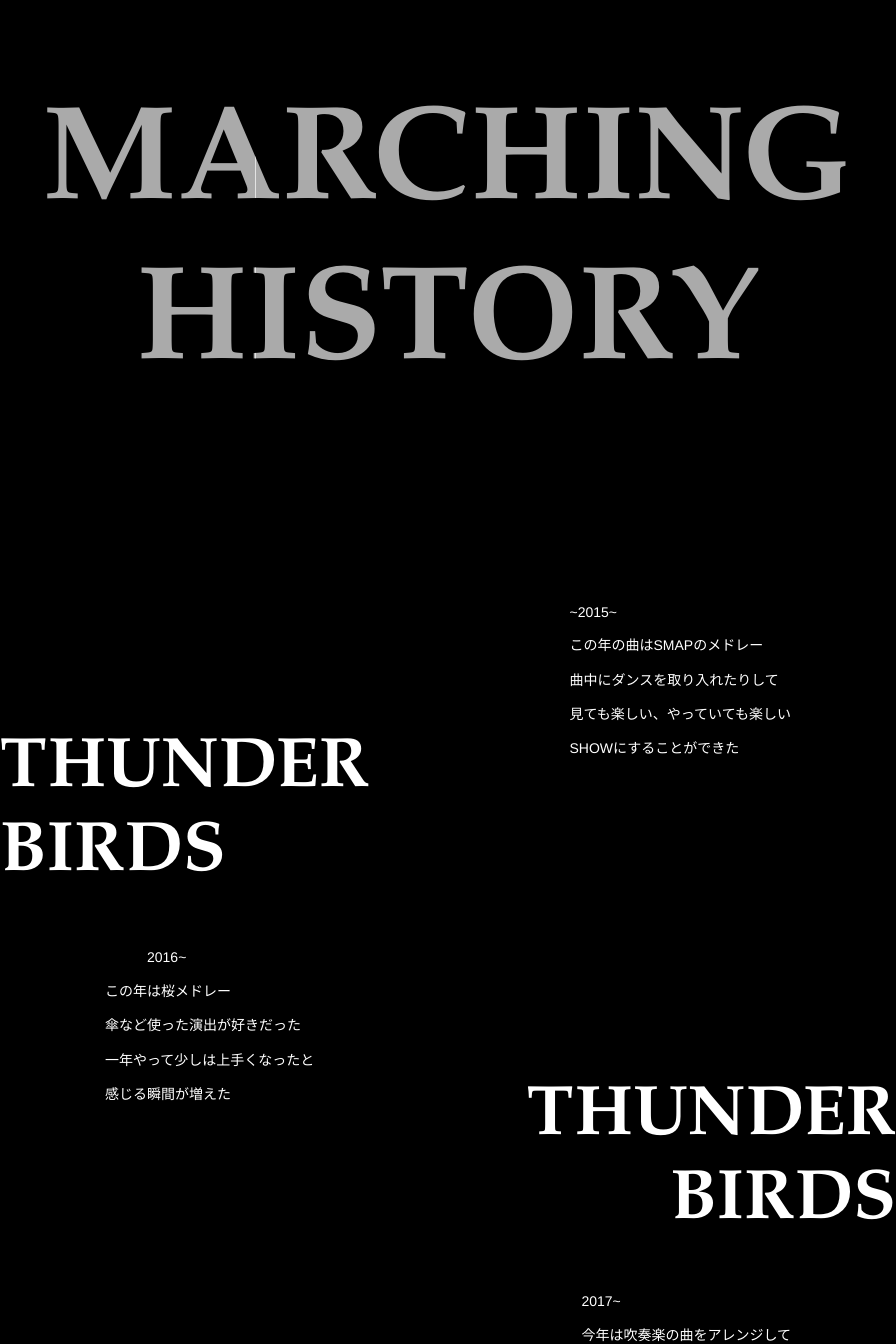
Repository: yutosoma/profile
Page: yuto/marching.html
The author's editor kept a record of every edit. The page is drawn from the files as they stood at one moment, then again after the next edit.
The browser window is 1280 px wide. The pictures show the part of the page from y = 0 to 1920 px (the page is 3859 px tall), at 70% of full size.

Above is the page before.
Console error: TypeError: Cannot read properties of null (reading 'addEventListener')

After the next edit:
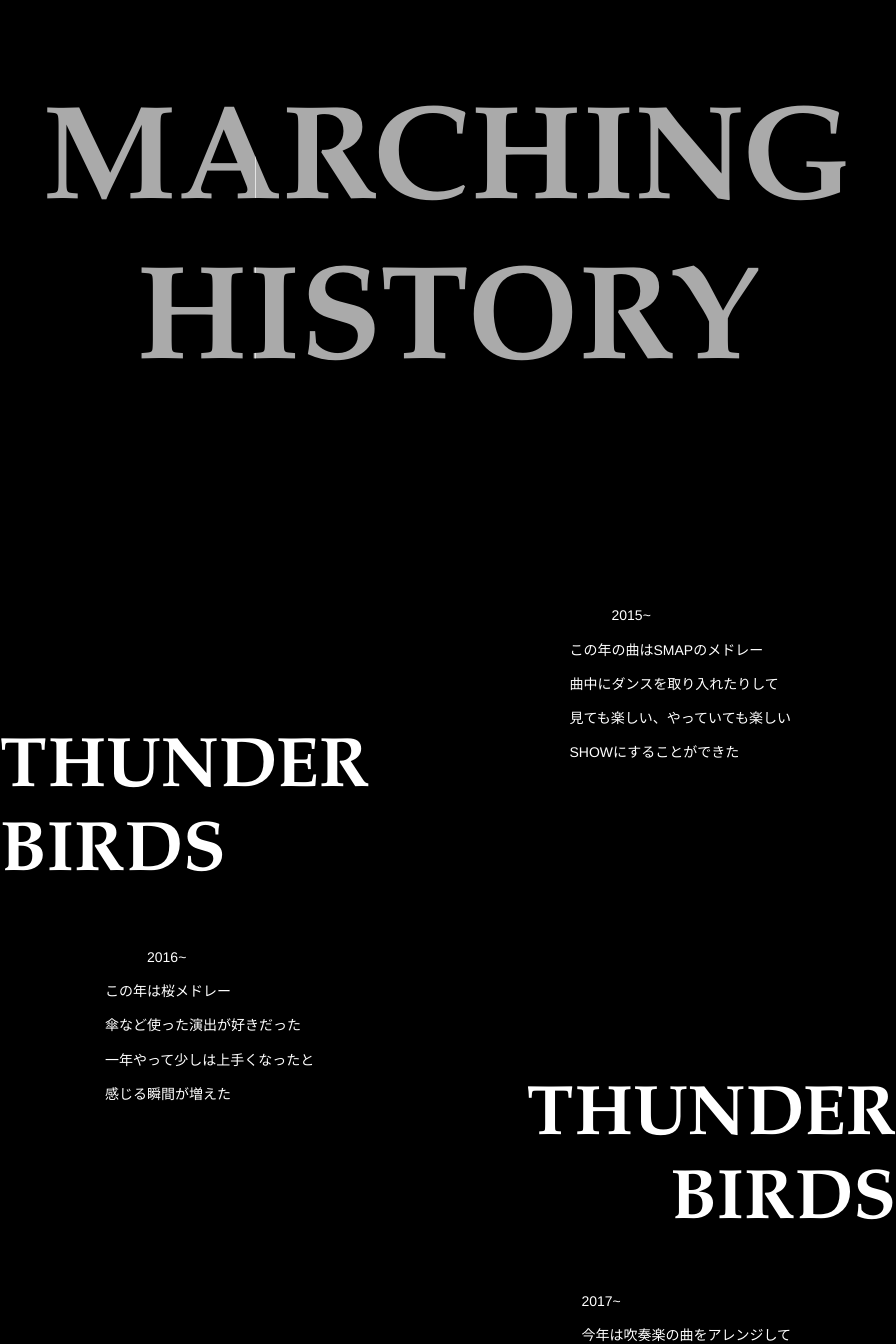
The edit:
--- a/yuto/marching.html
+++ b/yuto/marching.html
@@ -13,7 +13,7 @@
     <div class ="top-container-left">
          <P id="fadein1" class="fadein-before"><img src="image/mar1.png" class= "mar1"></P>
          <div class="explanation-left">
-           <p>~2015~</p>
+           <p>　　　2015~</p>
            <p>この年の曲はSMAPのメドレー</p>
            <P>曲中にダンスを取り入れたりして</P>
            <P>見ても楽しい、やっていても楽しい</P>
